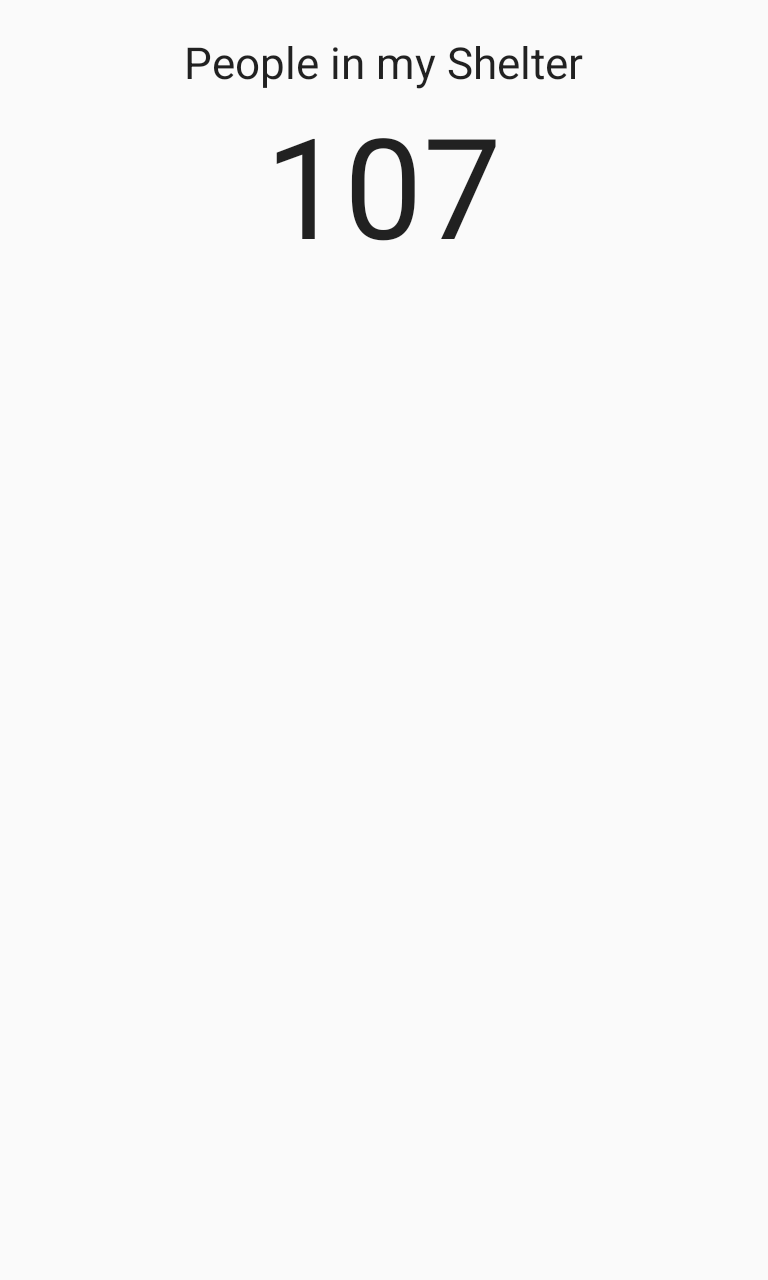
Repository: ckskylight/HackMIT-2014
Layout: HelpMe/res/layout/activity_shelter.xml
The author's editor kept a copy of each file at every save. The layout is drawn from the files as they stood at one save, then again after the next save.
It is drawn on a 768 x 1280 px phone screen (xhdpi) without system bars, with theme AppTheme; the app's code is not run.

Above is the layout before, as saved 2014-10-05 10:04:03.

After the next save:
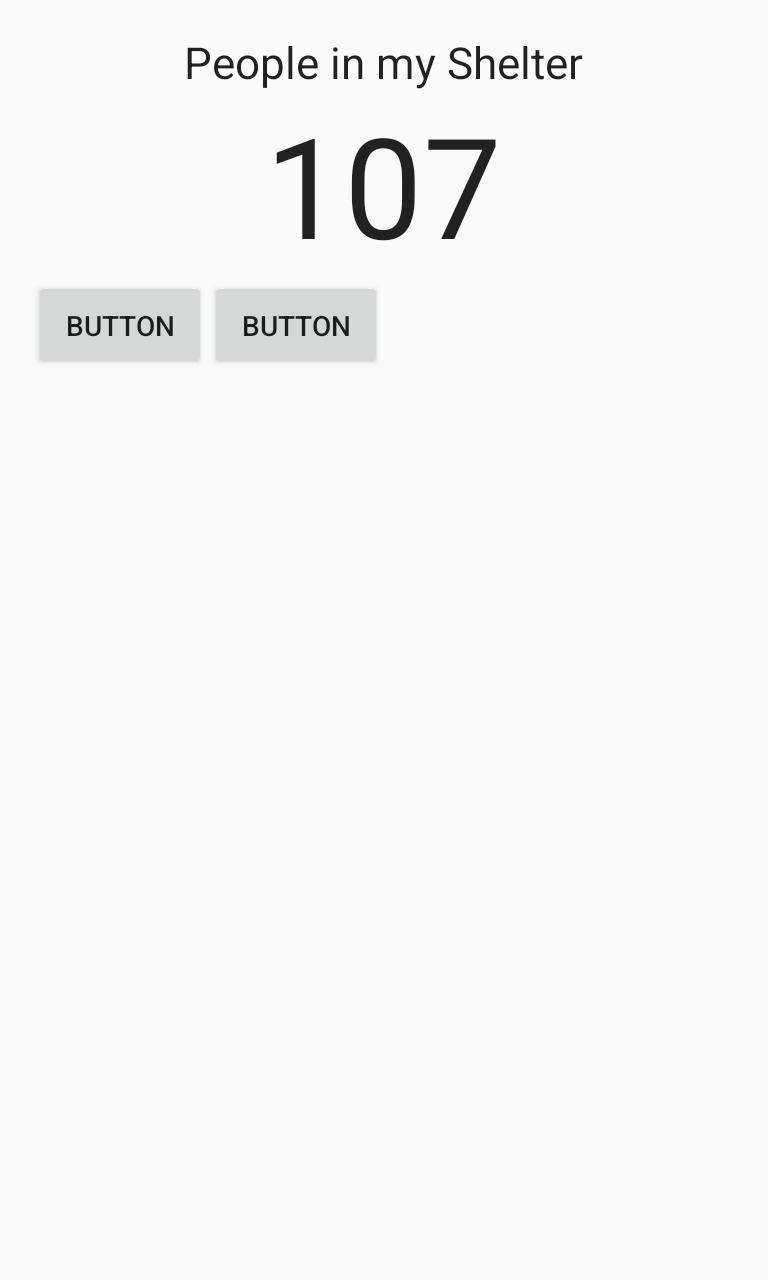
Saved 84 s later.
--- a/HelpMe/res/layout/activity_shelter.xml
+++ b/HelpMe/res/layout/activity_shelter.xml
@@ -26,4 +26,22 @@
         android:textAppearance="?android:attr/textAppearanceLarge"
         android:textSize="70sp" />
 
+    <LinearLayout
+        android:layout_width="match_parent"
+        android:layout_height="wrap_content" >
+
+        <Button
+            android:id="@+id/button1"
+            android:layout_width="wrap_content"
+            android:layout_height="wrap_content"
+            android:text="Button" />
+
+        <Button
+            android:id="@+id/button2"
+            android:layout_width="wrap_content"
+            android:layout_height="wrap_content"
+            android:text="Button" />
+
+    </LinearLayout>
+
 </LinearLayout>
